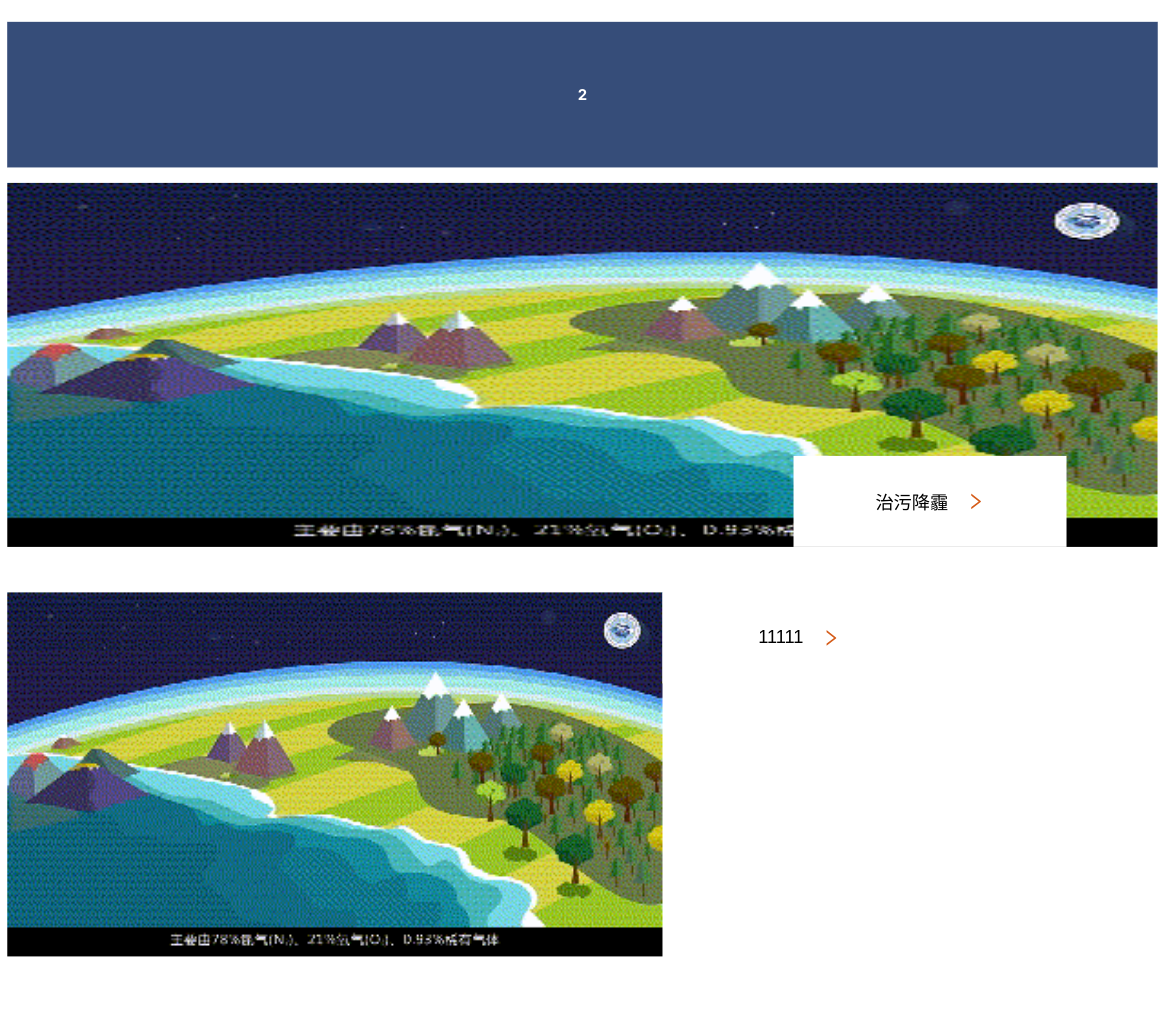
Repository: samllbin/summerWeb
Page: /
These files come from the project's save history. The page is drawn as it stood at one moment and after the next save; the edit follows.
The browser window is 1280 px wide. The pictures show the whole page, at 91% of full size.
The project was rebuilt for these pictures with package versions that can differ from the ones it lists, and the page was loaded fresh each time. Also part of the build but not shown: vite.config.js, components/menu/config.js, components/menu/MenuTab.jsx, components/content/index.module.css, components/content/index.jsx.

Above is the page before, as saved 2024-07-22 15:58:52.

### src/App.jsx
import React, { useState } from "react";
import style from "./assets/index.module.css";
import Carousel from "@components/carousel/index";
import MenuTab from "@components/menu/MenuTab";
import Content from "@components/content";
import Article from "@components/article";

export default function App() {
  const [current, setCurrent] = useState("1");
  return (
    <div>
      <Carousel />
      <div className={style.layout}>
        {/* <MenuTab setCurrent={setCurrent} current={current} /> */}
        {/* <Content /> */}
        <Article type={"all"} />
        <Article type={"right"} />
      </div>
    </div>
  );
}

### src/assets/index.module.css
.layout {
  display: flex;
  flex-direction: column;
}

### components/carousel/index.jsx
import React from "react";
import { Carousel } from "antd";
import style from "./index.module.css";

export default function carousel() {
  return (
    <Carousel autoplay>
      <div>
        <h3 className={style.contentStyle}>1</h3>
      </div>
      <div>
        <h3 className={style.contentStyle}>2</h3>
      </div>
      <div>
        <h3 className={style.contentStyle}>3</h3>
      </div>
      <div>
        <h3 className={style.contentStyle}>4</h3>
      </div>
    </Carousel>
  );
}

### components/article/index.jsx
import React from "react";
import style from "./index.module.css";
import { RightOutlined } from "@ant-design/icons";

export default function Article({ type, imgURL, title }) {
  return (
    <div className={style.layout}>
      {type === "all" ? (
        <div className={style.allLayout}>
          <img
            src="../../public/大气组成.png"
            alt="article"
            className={style.allImage}
          />
          <div className={style.allTitle}>
            治污降霾
            <RightOutlined style={{ color: "#d55c19", marginLeft: 20 }} />
          </div>
        </div>
      ) : type === "right" ? (
        <div className={style.rightLayout}>
          <img
            src="../../public/大气组成.png"
            alt=""
            className={style.rightImage}
          />
          <div className={style.rightTitle}>
            11111
            <RightOutlined style={{ color: "#d55c19", marginLeft: 20 }} />
          </div>
        </div>
      ) : (
        <div></div>
      )}
    </div>
  );
}

### components/carousel/index.module.css
.contentStyle {
  height: 160px;
  color: #fff;
  line-height: 160px;
  text-align: center;
  background: #364d79;
}

### components/article/index.module.css
.layout {
  display: flex;
  font-family: "宋体", sans-serif;
  margin-bottom: 50px;
  height: 400px;
  width: 100%;
}
.allLayout {
  display: flex;
  position: relative;
  width: 100%;
}
.allImage {
  width: 100%;
}

.allTitle {
  display: flex;
  align-items: center;
  justify-content: center;
  position: absolute;
  right: 100px;
  bottom: 0;
  background-color: #fff;
  width: 300px;
  height: 100px;
  font-size: 20px;
  font-weight: 500;
  cursor: pointer;
}

.rightLayout {
  display: flex;
  flex: 1;
}

.rightTitle {
  display: flex;
  align-items: center;
  justify-content: center;
  /* position: absolute;
  right: 100px;
  bottom: 0; */
  background-color: #fff;
  width: 300px;
  height: 100px;
  font-size: 20px;
  font-weight: 500;
  cursor: pointer;
}

Loaded but not shown: index.html (common file); src/main.jsx (common file)

After the next save:
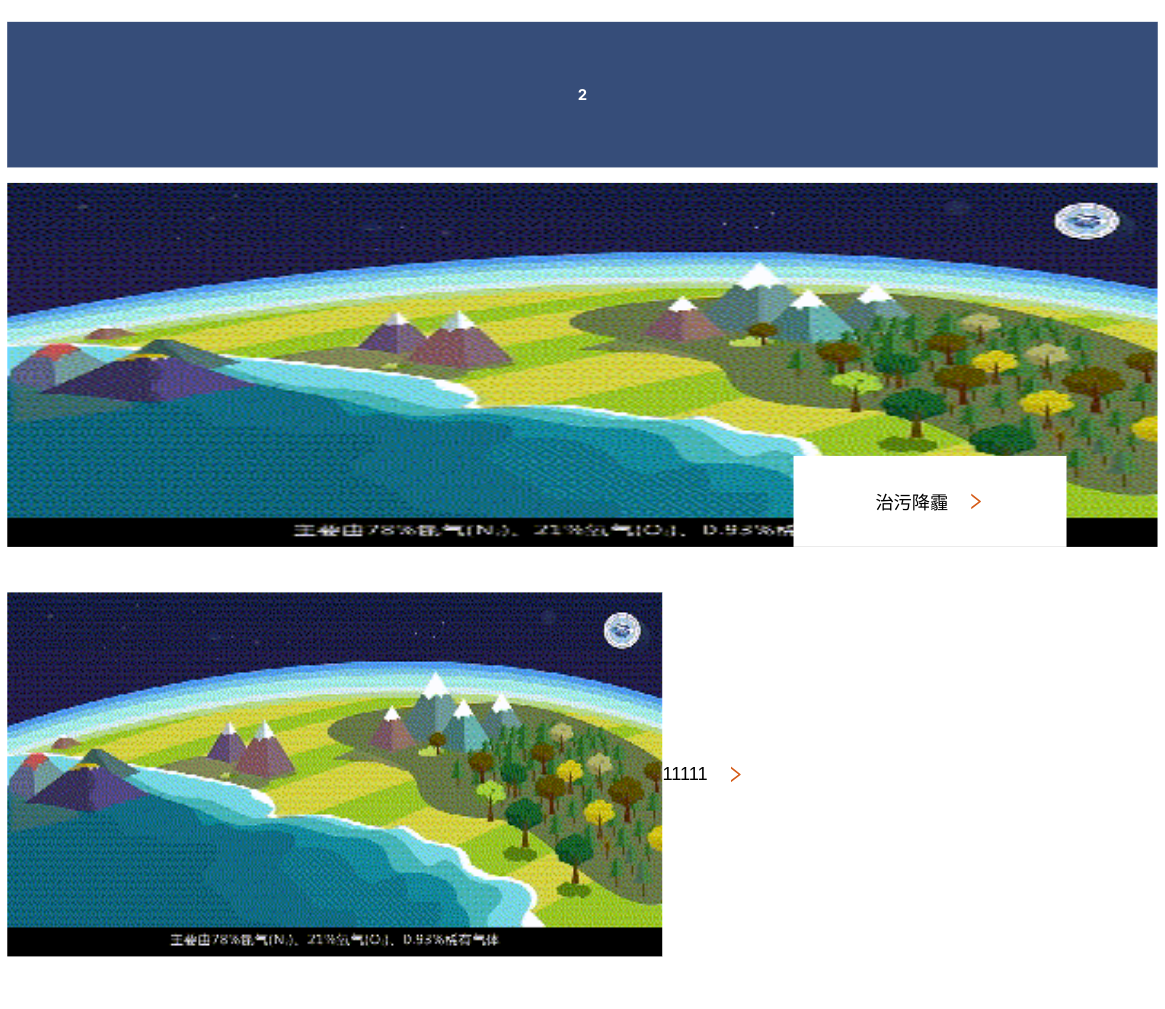
Saved 8 s later.
--- a/components/article/index.module.css
+++ b/components/article/index.module.css
@@ -42,8 +42,8 @@
   right: 100px;
   bottom: 0; */
   background-color: #fff;
-  width: 300px;
-  height: 100px;
+  /* width: 300px;
+  height: 100px; */
   font-size: 20px;
   font-weight: 500;
   cursor: pointer;
